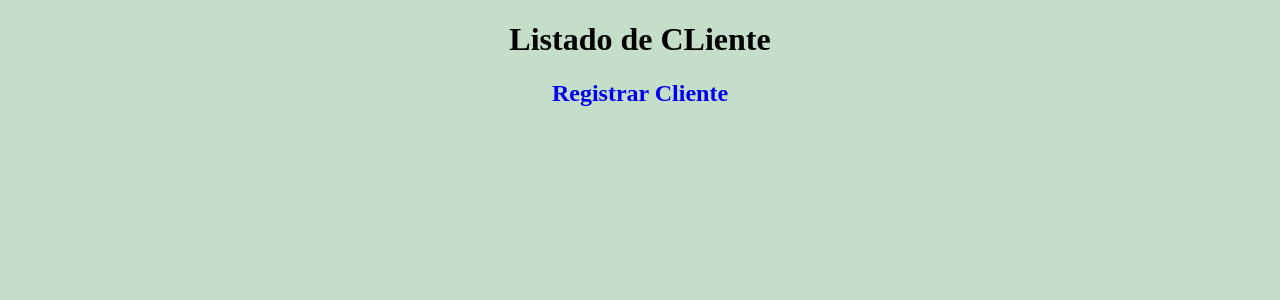
Repository: DaviOsx/LPII_CL2_CHERO_DAVIS
Page: http://localhost/LPII_CL2_CHERO_DAVIS/ListadoCliente.jsp
These files come from the project's save history. The page is drawn as it stood at one moment and after the next save; the edit follows.
The browser window is 1280 px wide. The pictures show the whole page.
The page is served by Tomcat 9. Other server files are loaded and not shown.

Above is the page before, as saved 2024-06-14 02:13:46.

### LPII_CL2_CHERO_DAVIS/src/main/webapp/ListadoCliente.jsp
<%@ page language="java" contentType="text/html; charset=ISO-8859-1"
    pageEncoding="ISO-8859-1"%>
<!DOCTYPE html >
<html>
<head>
<meta http-equiv="Content-Type" content="text/html; charset=ISO-8859-1">
<title>Listado de Clientes</title>
</head>
<body bgcolor="#c5dec9">
<h1  align="center" >Listado de CLiente</h1>

<H2 align="center">

<%-- HREF PARA QUE REDIMENCIONE A LA PAG DESEADA --%>
<a href="RegistarCliente.jsp" style="text-decoration:none">
Registrar Cliente</a>

</H2>


</body>
</html>

After the next save:
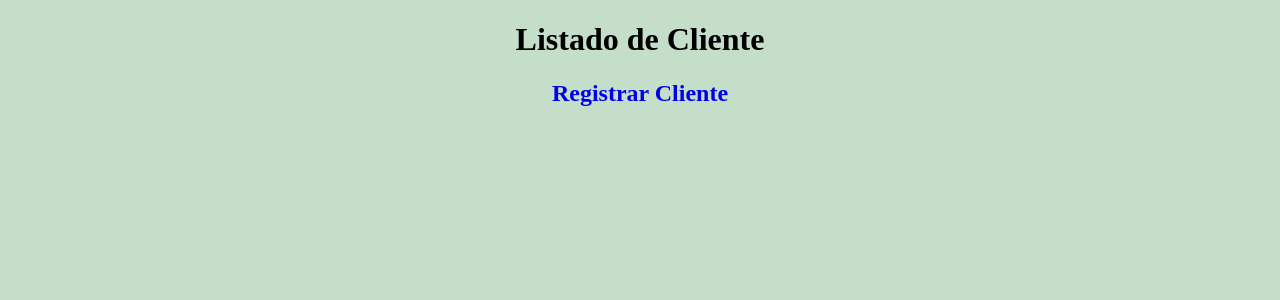
Saved 9 s later.
--- a/LPII_CL2_CHERO_DAVIS/src/main/webapp/ListadoCliente.jsp
+++ b/LPII_CL2_CHERO_DAVIS/src/main/webapp/ListadoCliente.jsp
@@ -7,7 +7,7 @@
 <title>Listado de Clientes</title>
 </head>
 <body bgcolor="#c5dec9">
-<h1  align="center" >Listado de CLiente</h1>
+<h1  align="center" >Listado de Cliente</h1>
 
 <H2 align="center">
 
